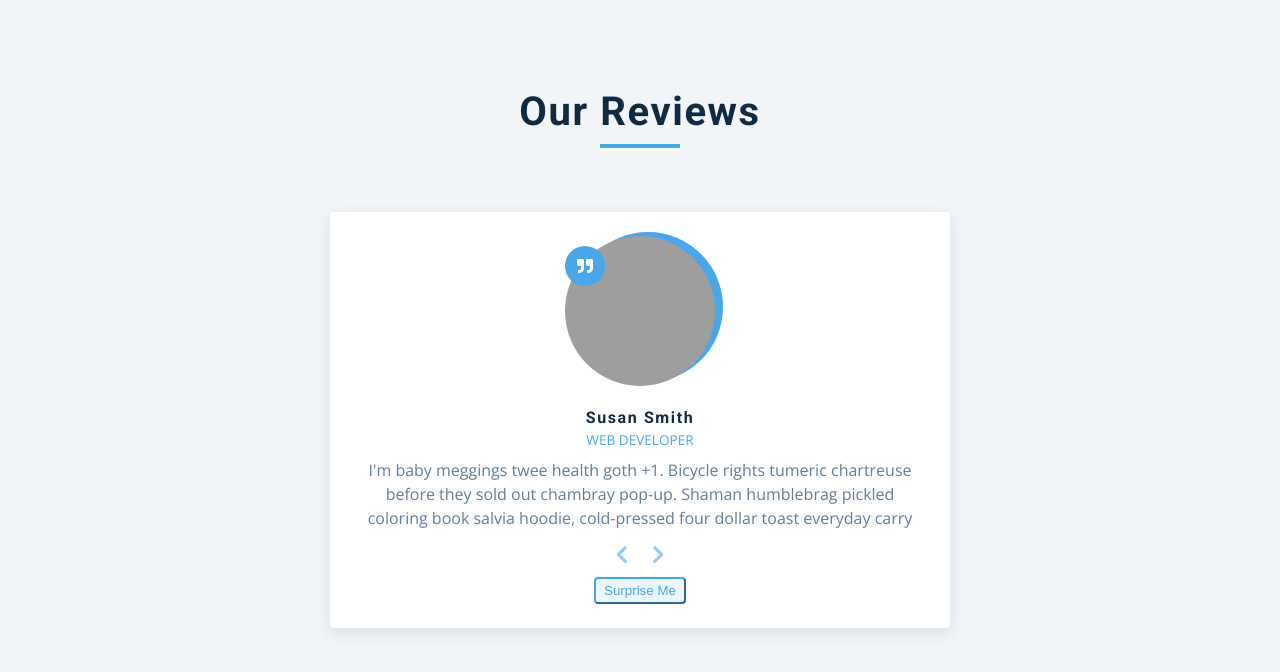
Repository: sunny070/javaScript
Page: Reviews_03/index.html
An editor plug-in stored every save of this project. The page is shown before and after the next save, followed by the edit.
The browser window is 1280 px wide. The pictures show the whole page.
Pictures or frames that could not be fetched are drawn as grey boxes. Some web libraries are served in a nearby version.

Above is the page before, as saved 2023-10-04 12:17:25.

### Reviews_03/index.html
<!DOCTYPE html>
<html lang="en">
  <head>
    <meta charset="UTF-8" />
    <meta name="viewport" content="width=device-width, initial-scale=1.0" />
    <title>Review</title>
    <link
      rel="stylesheet"
      href="https://cdnjs.cloudflare.com/ajax/libs/font-awesome/5.14.0/css/all.min.css"
    />
    <link rel="stylesheet" href="style.css" />
  </head>
  <body>
    <main>
      <section class="container">
        <div class="title">
          <h2>Our Reviews</h2>
          <div class="underline"></div>
        </div>
        <article class="review">
          <div class="img-container">
            <img id="person-img" src="person-1.jpeg" alt="" />
          </div>
          <h4 id="author">sara jones</h4>
          <p id="job">ux Designer</p>
          <p id="info">
            Lorem ipsum dolor sit amet consectetur, adipisicing elit. Officia,
            tempora illo hic itaque ex aperiam optio temporibus laboriosam enim
            aspernatur placeat facilis, eveniet dolorem eaque. Nam, saepe! Vel,
            quisquam ea. Minus modi corrupti unde ullam quod earum odio sapiente
            mollitia temporibus, dolore saepe consectetur inventore assumenda
            nesciunt perferendis, sunt quaerat, facilis laboriosam repudiandae
            pariatur. Recusandae autem minima eveniet qui alias. Consequatur
            culpa ipsa saepe
          </p>

          <div class="button-container">
            <button class="prev-btn">
              <i class="fas fa-chevron-left"></i>
            </button>
            <button class="prev-btn">
              <i class="fas fa-chevron-right"></i>
            </button>
          </div>
          <button class="random-btn">Surprise me</button>
        </article>
      </section>
    </main>

    <script src="app.js"></script>
  </body>
</html>

### Reviews_03/style.css
/*
===============
Fonts
===============
*/
@import url("https://fonts.googleapis.com/css?family=Open+Sans|Roboto:400,700&display=swap");

/*
===============
Variables
===============
*/

:root {
  /* dark shades of primary color*/
  --clr-primary-1: hsl(205, 86%, 17%);
  --clr-primary-2: hsl(205, 77%, 27%);
  --clr-primary-3: hsl(205, 72%, 37%);
  --clr-primary-4: hsl(205, 63%, 48%);
  /* primary/main color */
  --clr-primary-5: hsl(205, 78%, 60%);
  /* lighter shades of primary color */
  --clr-primary-6: hsl(205, 89%, 70%);
  --clr-primary-7: hsl(205, 90%, 76%);
  --clr-primary-8: hsl(205, 86%, 81%);
  --clr-primary-9: hsl(205, 90%, 88%);
  --clr-primary-10: hsl(205, 100%, 96%);
  /* darkest grey - used for headings */
  --clr-grey-1: hsl(209, 61%, 16%);
  --clr-grey-2: hsl(211, 39%, 23%);
  --clr-grey-3: hsl(209, 34%, 30%);
  --clr-grey-4: hsl(209, 28%, 39%);
  /* grey used for paragraphs */
  --clr-grey-5: hsl(210, 22%, 49%);
  --clr-grey-6: hsl(209, 23%, 60%);
  --clr-grey-7: hsl(211, 27%, 70%);
  --clr-grey-8: hsl(210, 31%, 80%);
  --clr-grey-9: hsl(212, 33%, 89%);
  --clr-grey-10: hsl(210, 36%, 96%);
  --clr-white: #fff;
  --clr-red-dark: hsl(360, 67%, 44%);
  --clr-red-light: hsl(360, 71%, 66%);
  --clr-green-dark: hsl(125, 67%, 44%);
  --clr-green-light: hsl(125, 71%, 66%);
  --clr-black: #222;
  --ff-primary: "Roboto", sans-serif;
  --ff-secondary: "Open Sans", sans-serif;
  --transition: all 0.3s linear;
  --spacing: 0.1rem;
  --radius: 0.25rem;
  --light-shadow: 0 5px 15px rgba(0, 0, 0, 0.1);
  --dark-shadow: 0 5px 15px rgba(0, 0, 0, 0.2);
  --max-width: 1170px;
  --fixed-width: 620px;
}
/*
===============
Global Styles
===============
*/

*,
::after,
::before {
  margin: 0;
  padding: 0;
  box-sizing: border-box;
}
body {
  font-family: var(--ff-secondary);
  background: var(--clr-grey-10);
  color: var(--clr-grey-1);
  line-height: 1.5;
  font-size: 0.875rem;
}
ul {
  list-style-type: none;
}
a {
  text-decoration: none;
}
h1,
h2,
h3,
h4 {
  letter-spacing: var(--spacing);
  text-transform: capitalize;
  line-height: 1.25;
  margin-bottom: 0.75rem;
  font-family: var(--ff-primary);
}
h1 {
  font-size: 3rem;
}
h2 {
  font-size: 2rem;
}
h3 {
  font-size: 1.25rem;
}
h4 {
  font-size: 0.875rem;
}
p {
  margin-bottom: 1.25rem;
  color: var(--clr-grey-5);
}
@media screen and (min-width: 800px) {
  h1 {
    font-size: 4rem;
  }
  h2 {
    font-size: 2.5rem;
  }
  h3 {
    font-size: 1.75rem;
  }
  h4 {
    font-size: 1rem;
  }
  body {
    font-size: 1rem;
  }
  h1,
  h2,
  h3,
  h4 {
    line-height: 1;
  }
}
/*  global classes */

/* section */
.section {
  padding: 5rem 0;
}

.section-center {
  width: 90vw;
  margin: 0 auto;
  max-width: 1170px;
}
@media screen and (min-width: 992px) {
  .section-center {
    width: 95vw;
  }
}
main {
  min-height: 100vh;
  display: grid;
  place-items: center;
}

/*
===============
Reviews
===============
*/
main {
  min-height: 100vh;
  display: grid;
  place-items: center;
}
.title {
  text-align: center;
  margin-bottom: 4rem;
}
.underline {
  height: 0.25rem;
  width: 5rem;
  background: var(--clr-primary-5);
  margin-left: auto;
  margin-right: auto;
}
.container {
  width: 80vw;
  max-width: var(--fixed-width);
}
.review {
  background: var(--clr-white);
  padding: 1.5rem 2rem;
  border-radius: var(--radius);
  box-shadow: var(--light-shadow);
  transition: var(--transition);
  text-align: center;
}
.review:hover {
  box-shadow: var(--dark-shadow);
}
.img-container {
  position: relative;
  width: 150px;
  height: 150px;
  border-radius: 50%;
  margin: 0 auto;
  margin-bottom: 1.5rem;
}
#person-img {
  width: 100%;
  display: block;
  height: 100%;
  object-fit: cover;
  border-radius: 50%;
  position: relative;
}
.img-container::after {
  font-family: "Font Awesome 5 Free";
  font-weight: 900;
  content: "\f10e";
  position: absolute;
  top: 0;
  left: 0;
  width: 2.5rem;
  height: 2.5rem;
  display: grid;
  place-items: center;
  border-radius: 50%;
  transform: translateY(25%);
  background: var(--clr-primary-5);
  color: var(--clr-white);
}
.img-container::before {
  content: "";
  width: 100%;
  height: 100%;
  background: var(--clr-primary-5);
  position: absolute;
  top: -0.25rem;
  right: -0.5rem;
  border-radius: 50%;
}
#author {
  margin-bottom: 0.25rem;
}
#job {
  margin-bottom: 0.5rem;
  text-transform: uppercase;
  color: var(--clr-primary-5);
  font-size: 0.85rem;
}
#info {
  margin-bottom: 0.75rem;
}
.prev-btn,
.next-btn {
  color: var(--clr-primary-7);
  font-size: 1.25rem;
  background: transparent;
  border-color: transparent;
  margin: 0 0.5rem;
  transition: var(--transition);
  cursor: pointer;
}
.prev-btn:hover,
.next-btn:hover {
  color: var(--clr-primary-5);
}
.random-btn {
  margin-top: 0.5rem;
  background: var(--clr-primary-10);
  color: var(--clr-primary-5);
  padding: 0.25rem 0.5rem;
  text-transform: capitalize;
  border-radius: var(--radius);
  transition: var(--transition);
  border-color: var(--clr-primary-5);
  cursor: pointer;
}
.random-btn:hover {
  background: var(--clr-primary-5);
  color: var(--clr-primary-1);
}

### Reviews_03/app.js
const reviews = [
  {
    id: 1,
    name: "susan smith",
    job: "web developer",
    img: "https://www.course-api.com/images/people/person-1.jpeg",
    text: "I'm baby meggings twee health goth +1. Bicycle rights tumeric chartreuse before they sold out chambray pop-up. Shaman humblebrag pickled coloring book salvia hoodie, cold-pressed four dollar toast everyday carry",
  },
  {
    id: 2,
    name: "anna johnson",
    job: "web designer",
    img: "https://www.course-api.com/images/people/person-2.jpeg",
    text: "Helvetica artisan kinfolk thundercats lumbersexual blue bottle. Disrupt glossier gastropub deep v vice franzen hell of brooklyn twee enamel pin fashion axe.photo booth jean shorts artisan narwhal.",
  },
  {
    id: 3,
    name: "peter jones",
    job: "intern",
    img: "https://www.course-api.com/images/people/person-4.jpeg",
    text: "Sriracha literally flexitarian irony, vape marfa unicorn. Glossier tattooed 8-bit, fixie waistcoat offal activated charcoal slow-carb marfa hell of pabst raclette post-ironic jianbing swag.",
  },
  {
    id: 4,
    name: "bill anderson",
    job: "the boss",
    img: "https://www.course-api.com/images/people/person-3.jpeg",
    text: "Edison bulb put a bird on it humblebrag, marfa pok pok heirloom fashion axe cray stumptown venmo actually seitan. VHS farm-to-table schlitz, edison bulb pop-up 3 wolf moon tote bag street art shabby chic. ",
  },
];

//select items
const img=document.getElementById('person-img');
const author=document.getElementById('author');
const job=document.getElementById('job');
const info=document.getElementById('info');

const prevBtn =document.querySelector('prev-btn')
const nextBtn =document.querySelector('.next-btn')
const randomBtn =document.querySelector('.random-btn')

//set starting item
let currentItem = 0;

//load initial item
window.addEventListener('DOMContentLoaded',function(){
  // console.log('shake and bake')
  const item = reviews[currentItem];
  console.log(item)
  img.src = item.img;
  author.textContent=item.name;
  job.textContent=item.job;
  info.textContent=item.text;
})

After the next save:
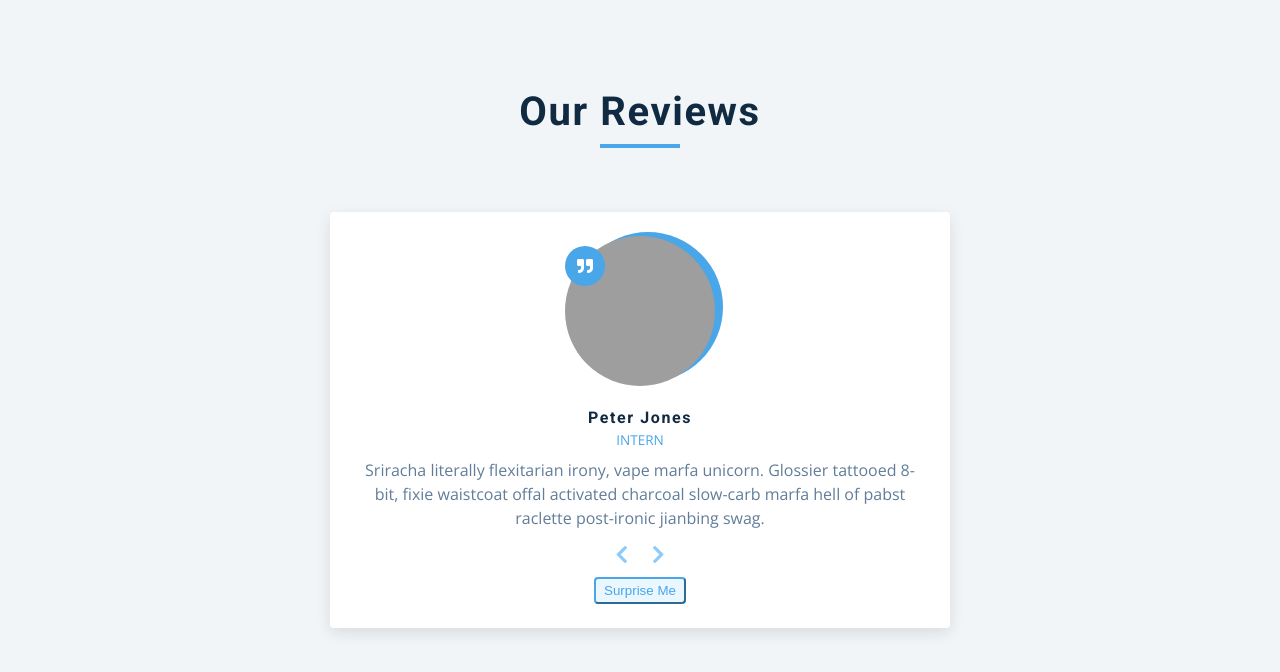
Saved 29 s later.
--- a/Reviews_03/app.js
+++ b/Reviews_03/app.js
@@ -40,7 +40,7 @@ const nextBtn =document.querySelector('.next-btn')
 const randomBtn =document.querySelector('.random-btn')
 
 //set starting item
-let currentItem = 0;
+let currentItem = 2;
 
 //load initial item
 window.addEventListener('DOMContentLoaded',function(){
